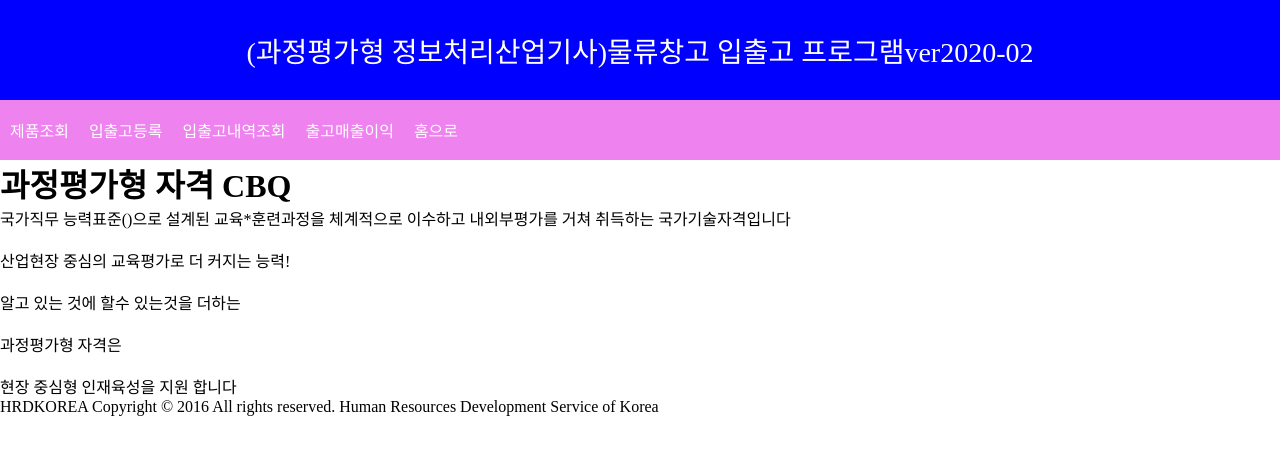
Repository: anakyn01/2_two
Page: http://localhost/cbq_1/two.jsp
An editor plug-in stored every save of this project. The page is shown before and after the next save, followed by the edit.
The browser window is 1280 px wide. The pictures show the whole page.
The page is served by Tomcat 9. Other server files are loaded and not shown.

Above is the page before, as saved 2024-12-11 06:01:22.

### exam/cbq_1/src/main/webapp/two.jsp
<%@ page language="java" contentType="text/html; charset=UTF-8"
    pageEncoding="UTF-8"%>
<jsp:include page="include/header.jsp" flush="false" />

<jsp:include page="include/body.jsp" flush="flase" />

<jsp:include page="include/footer.jsp" flush="false" />

### exam/cbq_1/src/main/webapp/include/header.jsp
<%@ page language="java" contentType="text/html; charset=UTF-8"
    pageEncoding="UTF-8"%>
<!DOCTYPE html>
<html>
<head>
<meta charset="UTF-8">
<title>물류창고 입출고 프로그램</title>
<link rel="stylesheet" href="css/style.css"/>
</head>
<body>
<header>
(과정평가형 정보처리산업기사)물류창고 입출고 프로그램ver2020-02
</header>
<nav>
<ul class="nav">
<li><a href="one.jsp">제품조회</a></li>
<li><a href="two.jsp">입출고등록</a></li>
<li><a href="three.jsp">입출고내역조회</a></li>
<li><a href="four.jsp">출고매출이익</a></li>
<li><a href="/">홈으로</a></li>
</ul>
</nav>

### exam/cbq_1/src/main/webapp/include/body.jsp
<%@ page language="java" contentType="text/html; charset=UTF-8"
    pageEncoding="UTF-8"%>
<h1>과정평가형 자격 CBQ</h1>
<p>
국가직무 능력표준()으로 설계된 교육*훈련과정을 체계적으로 이수하고 내외부평가를 거쳐 취득하는 국가기술자격입니다<br>
<br>
산업현장 중심의 교육평가로 더 커지는 능력!<br>
<br>
알고 있는 것에 할수 있는것을 더하는<br>
<br>
과정평가형 자격은<br>
<br>
현장 중심형 인재육성을 지원 합니다<br>
</p>

### exam/cbq_1/src/main/webapp/include/footer.jsp
<%@ page language="java" contentType="text/html; charset=UTF-8"
    pageEncoding="UTF-8"%>
<footer>
HRDKOREA Copyright &copy; 2016 All rights reserved. Human Resources Development Service of Korea
</footer>
</body>
</html>

### exam/cbq_1/src/main/webapp/css/style.css
@charset "UTF-8";

html, html * {
margin:0; padding:0; box-sizing:border-box;
}
header{
width:100%; background-color:blue;
height:100px; color:white; font-size:28px;
display:flex; justify-content:center; align-items:center;
}
nav{
width:100%;	background-color:violet; height:60px; font-size:16px; height:60px;
}
.nav{
width:100%;	height:60px; display:flex; justify-content:flex-start; align-items:center;
}
ul,ol,li{list-style:none; }
.nav li a {
height:60px; display:flex; align-items:center; padding:0px 10px; color:white
}
a {text-decoration:none; }

After the next save:
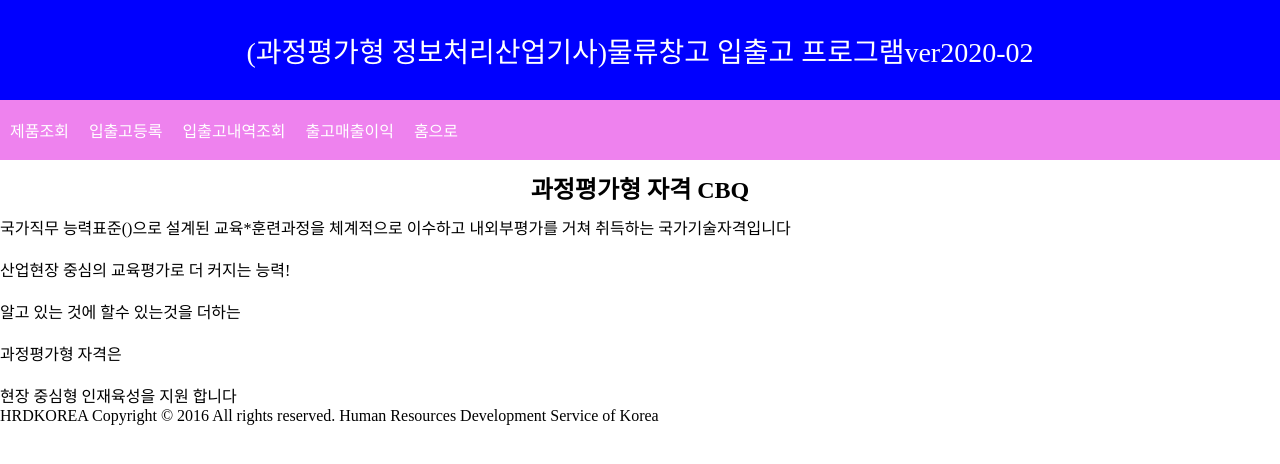
Saved 47 s later.
--- a/exam/cbq_1/src/main/webapp/css/style.css
+++ b/exam/cbq_1/src/main/webapp/css/style.css
@@ -19,3 +19,5 @@ ul,ol,li{list-style:none; }
 height:60px; display:flex; align-items:center; padding:0px 10px; color:white
 }
 a {text-decoration:none; }
+
+h1{text-align:center; font-size:24px; margin:10px 0px;}
